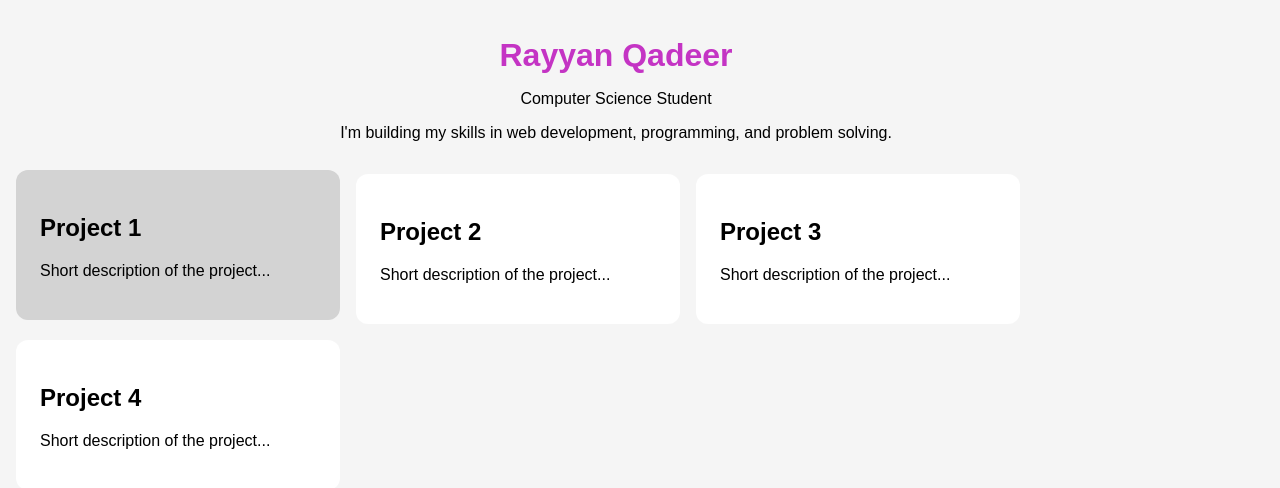
Repository: rayyan-qadeer/rayyan-qadeer
Page: index.html
The author's editor kept a copy of each file at every save. The page is drawn from the files as they stood at one save, then again after the next save.
The browser window is 1280 px wide. The pictures show the whole page.
The pointer rests on the first visible `.card`.

Above is the page before, as saved 2026-04-22 13:49:57.

### index.html
<!doctype html>
<html lang="en">
  <head>
    <meta charset="UTF-8" />
    <meta name="viewport" content="width=device-width, initial-scale=1.0" />
    <title>Rayyan Qadeer Portfolio</title>
    <link rel="stylesheet" href="./styles/globals.css" />
    <link rel="stylesheet" href="./styles/index.css" />
  </head>
  <body>
    <main>
      <header>
        <h1>Rayyan Qadeer</h1>
        <p>Computer Science Student</p>
        <p>
          I'm building my skills in web development, programming, and problem
          solving.
        </p>
      </header>

      <section class="projects">
        <article class="card">
          <h2>Project 1</h2>
          <p>Short description of the project...</p>
        </article>

        <article class="card">
          <h2>Project 2</h2>
          <p>Short description of the project...</p>
        </article>

        <article class="card">
          <h2>Project 3</h2>
          <p>Short description of the project...</p>
        </article>

        <article class="card">
          <h2>Project 4</h2>
          <p>Short description of the project...</p>
        </article>
      </section>
    </main>
  </body>
</html>

### styles/globals.css
body {
    margin: 0rem;
    font-family: Arial, Helvetica, sans-serif;
    background-color: whitesmoke;
    color: black;
}

### styles/index.css
main {
  padding: 1rem;
  max-width: 1200px;
  margin: 0rem;
}

header {
  text-align: center;
  margin-bottom: 2rem;
}

header h1 {
  margin-bottom: 0.5rem;
  color: rgb(196, 52, 196);
}

.projects {
  display: flex;
  flex-direction: column;
  gap: 1rem;
}

.card {
  background-color: white;
  padding: 1.5rem;
  border-radius: 12px;
}

.card:hover {
  transform: translateY(-4px);
  background-color: lightgray;
}

@media (min-width: 768px) {
  .projects {
    flex-direction: row;
    flex-wrap: wrap;
  }

  .card {
    width: 48%;
  }
}

@media (min-width: 1024px) {
  .card {
    width: 23%;
  }
}

After the next save:
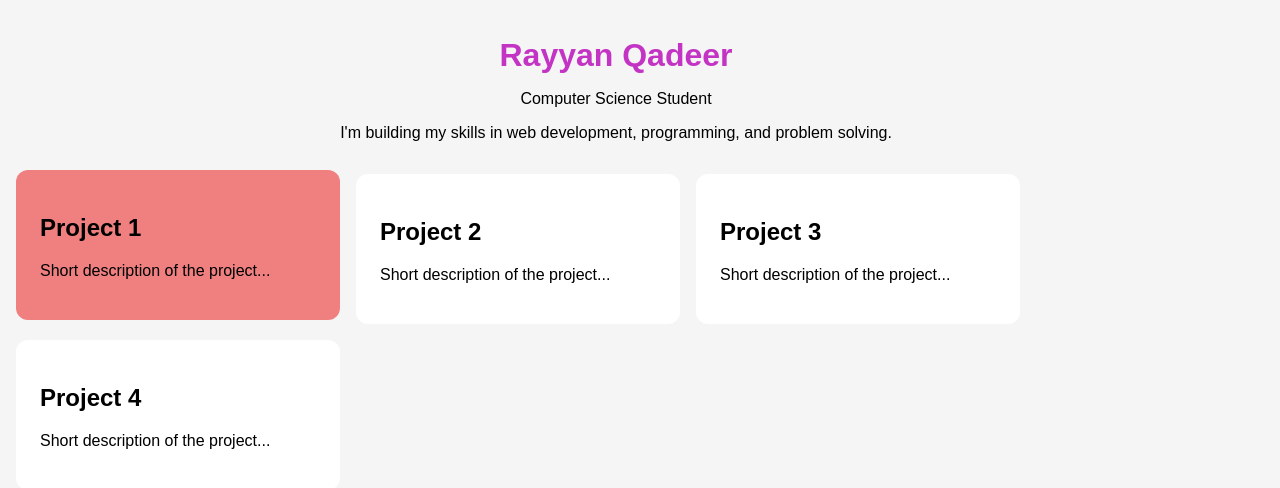
Saved 14 s later.
--- a/styles/index.css
+++ b/styles/index.css
@@ -28,7 +28,7 @@ header h1 {
 
 .card:hover {
   transform: translateY(-4px);
-  background-color: lightgray;
+  background-color: lightcoral;
 }
 
 @media (min-width: 768px) {
